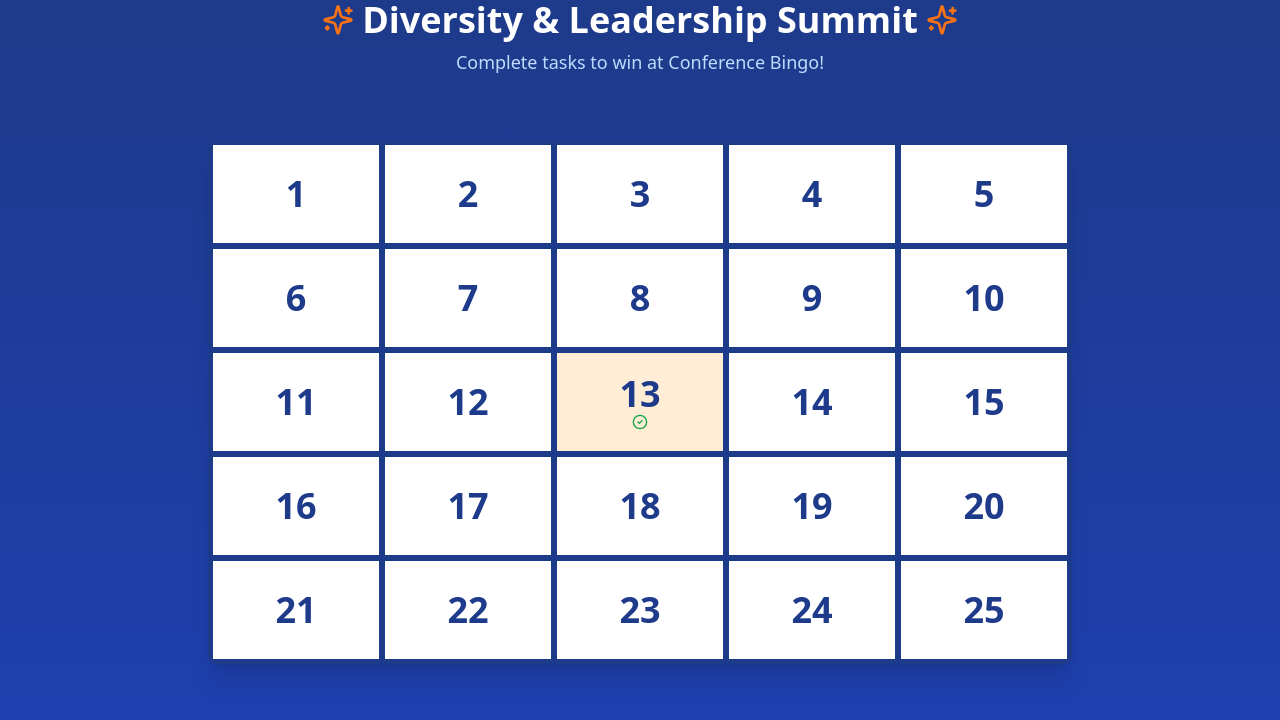
Repository: RutujaPRane/ecs_dls_bingo
Page: /
These files come from the project's save history. The page is drawn as it stood at one moment and after a run of saves; the edit follows.
The browser window is 1280 px wide. The pictures show the whole page.
The project was rebuilt for these pictures with package versions that can differ from the ones it lists, and the page was loaded fresh each time. Also part of the build but not shown: vite.config.ts.

Above is the page before, as saved 2025-02-08 21:39:12.

After the next 3 saves:
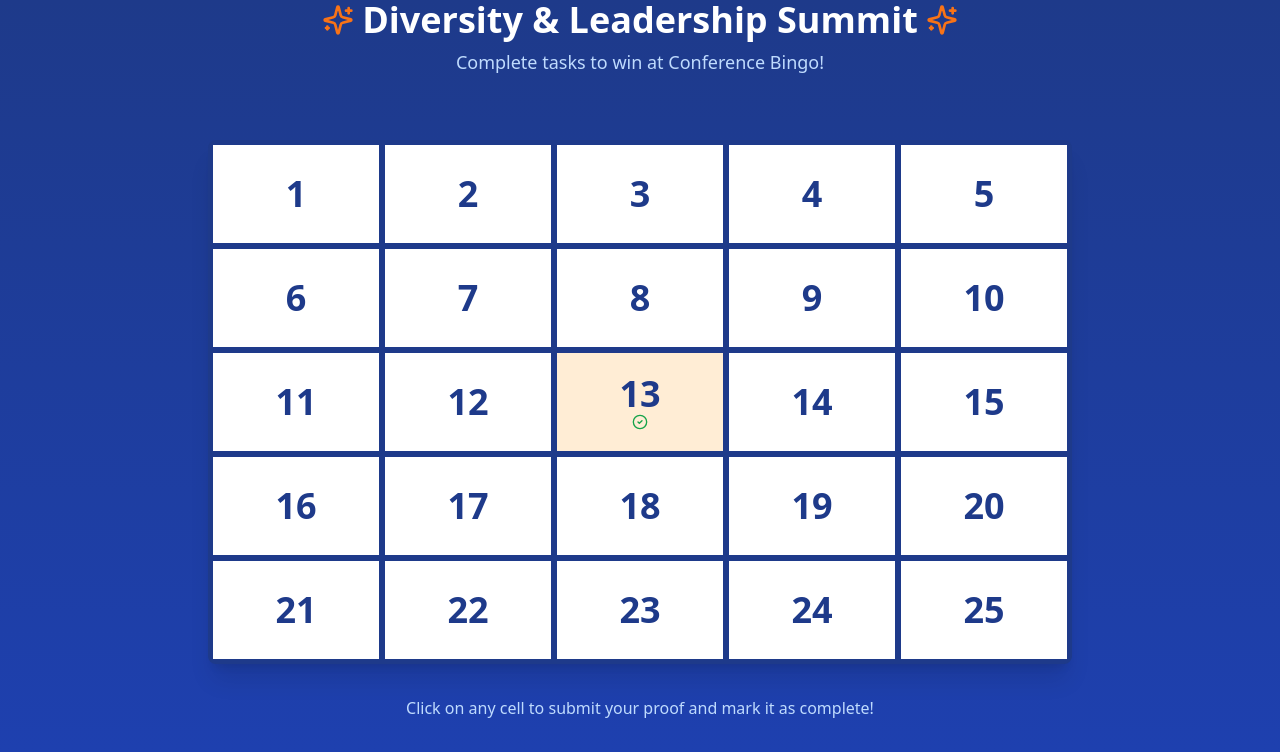
The 3 saves are shown as one change because 1 did not build or start and some came seconds apart.
The last was saved 10 s later.
--- a/src/App.tsx
+++ b/src/App.tsx
@@ -22,6 +22,7 @@ function App() {
 
 
         {/* This is the footer you can add more styling here if you want  */}
+        <BingoFooter />
 
       </div>
     </div>
